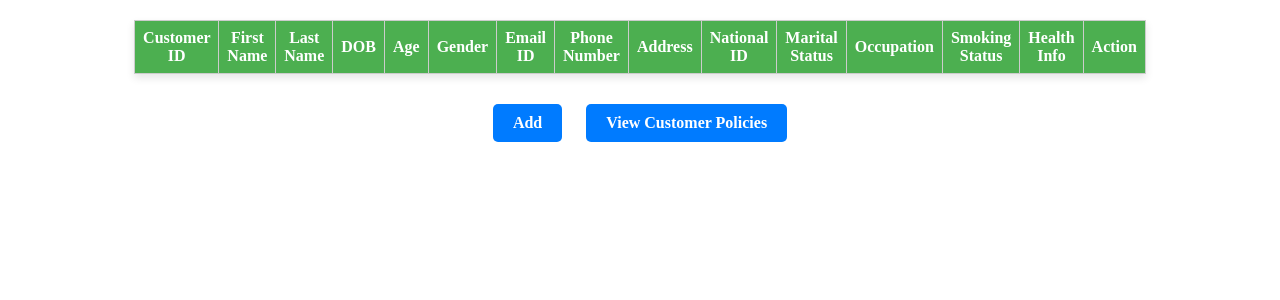
Repository: sowmini-nats/git-spring-project
Page: http://localhost/InsuranceAutomationSystem/CustomerView.jsp
These files come from the project's save history. The page is drawn as it stood at one moment and after the next save; the edit follows.
The browser window is 1280 px wide. The pictures show the whole page.
The page is served by Tomcat 10. Other server files are loaded and not shown. The template is opened directly, without the code that normally fills it, so the values that code supplies are empty.

Above is the page before, as saved 2023-10-31 00:30:21.

### eclipse-workspace-jspassessment/InsuranceAutomationSystem/src/main/webapp/CustomerView.jsp
<%@ page language="java" contentType="text/html; charset=UTF-8" pageEncoding="UTF-8"%>
<%@ page  import="com.example.demo.model.User,java.util.List"%>
<%@taglib prefix="c" uri="http://java.sun.com/jsp/jstl/core"%>
<!DOCTYPE html>
<html>
<head>
    <meta charset="UTF-8">
    <title>Customer View</title>

</head>
<style>
table {
        border-collapse: collapse;
        width: 80%;
        margin: 20px auto;
        box-shadow: 0 4px 8px rgba(0,0,0,0.1); /* Add shadow */
        border: 1px solid #ccc; /* Add border */
    }
    th, td {
        border: 1px solid #ccc;
        padding: 8px;
        text-align: center;
        transition: background-color 0.3s; /* Add transition */
    }

    tr:nth-child(even) {
        background-color: #f2f2f2;
    }

    th {
        background-color: #4CAF50;
        color: white;
    }

    th:hover, td:hover {
        background-color: #f9f9f9; /* Change color on hover */
    }
        .animated-table {
            width: 100%;
            border-collapse: collapse;
            animation: fadeIn 1s;
        }

        .animated-table th, .animated-table td {
            border: 1px solid #dddddd;
            text-align: center;
            padding: 8px;
        }

        .animated-table th {
            background-color: #f2f2f2;
        }

        @keyframes fadeIn {
            from {
                opacity: 0;
            }
            to {
                opacity: 1;
            }
        }
         a {
        display: inline-block;
        margin: 10px;
        padding: 10px 20px;
        background-color: #007bff;
        color: #fff;
        text-decoration: none;
        border: none;
        border-radius: 5px;
        font-weight: bold;
        text-align: center;
        text-decoretion:none;
    }

    a:hover {
        background-color: #0056b3;
    }
    </style>
<body>
<center>
    <table >
        <thead>
            <tr>
                <th>Customer ID</th>
                <th>First Name</th>
                <th>Last Name</th>
                <th>DOB</th>
                <th>Age</th>
                <th>Gender</th>
                <th>Email ID</th>
               	<th>Phone Number</th>
               	<th>Address</th>
               	<th>National ID</th>
               	<th>Marital Status</th>
               	<th>Occupation</th>
               	<th>Smoking Status</th>
                <th>Health Info</th>
                <th>Action</th>
            </tr>
        </thead>
        <tbody>
<c:forEach items="${customerAgentList}" var="item">
<tr>
		<td><c:out value="${item.custId}"/></td>
		<td><c:out value="${item.custFirstName}"/></td>
		<td><c:out value="${item.custLastName}"/></td>
		<td><c:out value="${item.custDob}"/></td>
		<td><c:out value="${item.custAge}"/></td>
		<td><c:out value="${item.custGender}"/></td>
		<td><c:out value="${item.custEmailId}"/></td>
		<td><c:out value="${item.custPhoneNumber}"/></td>
		<td><c:out value="${item.custAddress}"/></td>
		<td><c:out value="${item.custNationalId}"/></td>
		<td><c:out value="${item.custMaritalStatus}"/></td>
		<td><c:out value="${item.custOccupation}"/></td>
		<td><c:out value="${item.custSmokingStatus}"/></td>
		<td><c:out value="${item.custHealthInfo}"/></td>
		<td><a href="/policy/add-policy/${item.custId}">Add Policy</a></td>
</tr>
</c:forEach>
</tbody>
</table>
<a href="/customer/add-customer">Add</a>
<a href="/policy/policy-details" class="button">View Customer Policies</a>
</center>
</body>
</html>

After the next save:
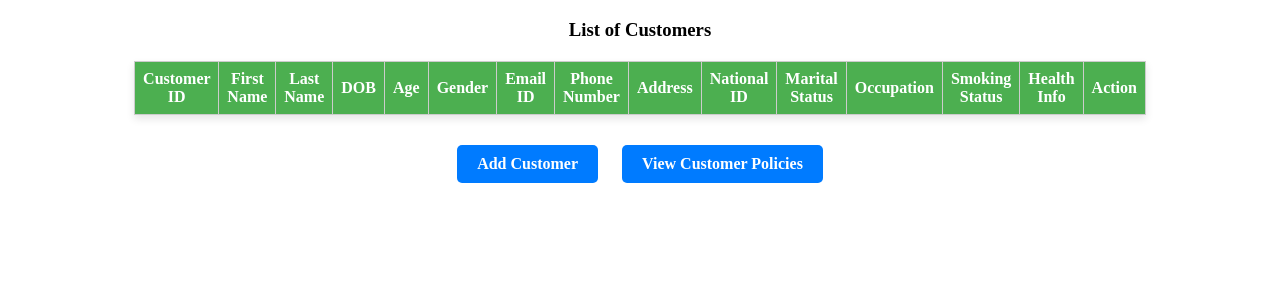
Saved 94 s later.
--- a/eclipse-workspace-jspassessment/InsuranceAutomationSystem/src/main/webapp/CustomerView.jsp
+++ b/eclipse-workspace-jspassessment/InsuranceAutomationSystem/src/main/webapp/CustomerView.jsp
@@ -79,6 +79,7 @@ table {
     </style>
 <body>
 <center>
+<H3>List of Customers</H3>
     <table >
         <thead>
             <tr>
@@ -121,7 +122,7 @@ table {
 </c:forEach>
 </tbody>
 </table>
-<a href="/customer/add-customer">Add</a>
+<a href="/customer/add-customer">Add Customer</a>
 <a href="/policy/policy-details" class="button">View Customer Policies</a>
 </center>
 </body>
